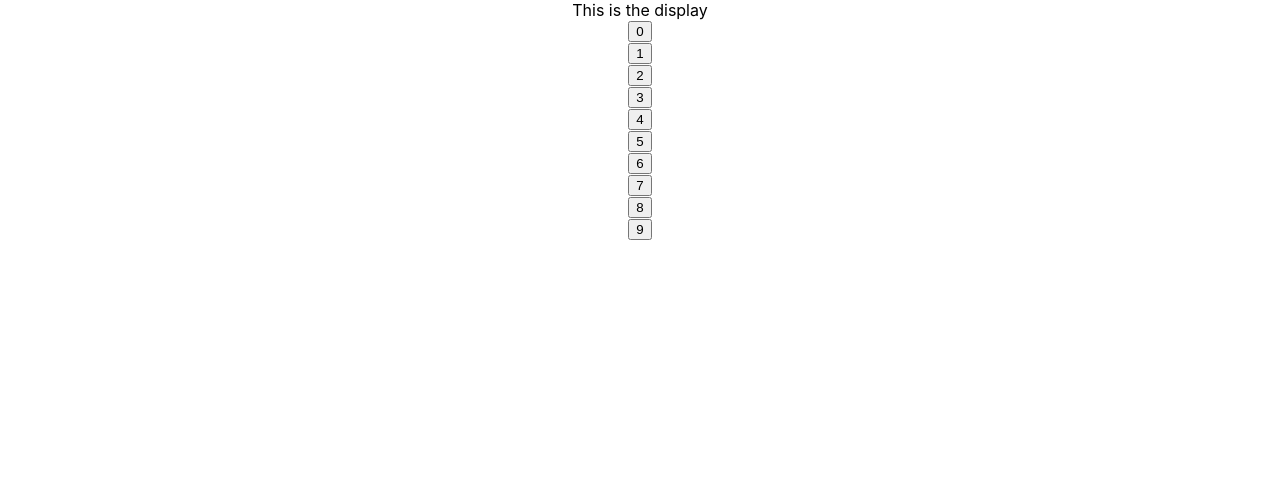
Repository: tenlekdan/react-calculator
Page: /
These files come from the project's save history. The page is drawn as it stood at one moment and after the next save; the edit follows.
The browser window is 1280 px wide. The pictures show the whole page.
The project was rebuilt for these pictures with package versions that can differ from the ones it lists, and the page was loaded fresh each time.

Above is the page before, as saved 2020-04-19 20:09:10.

After the next save:
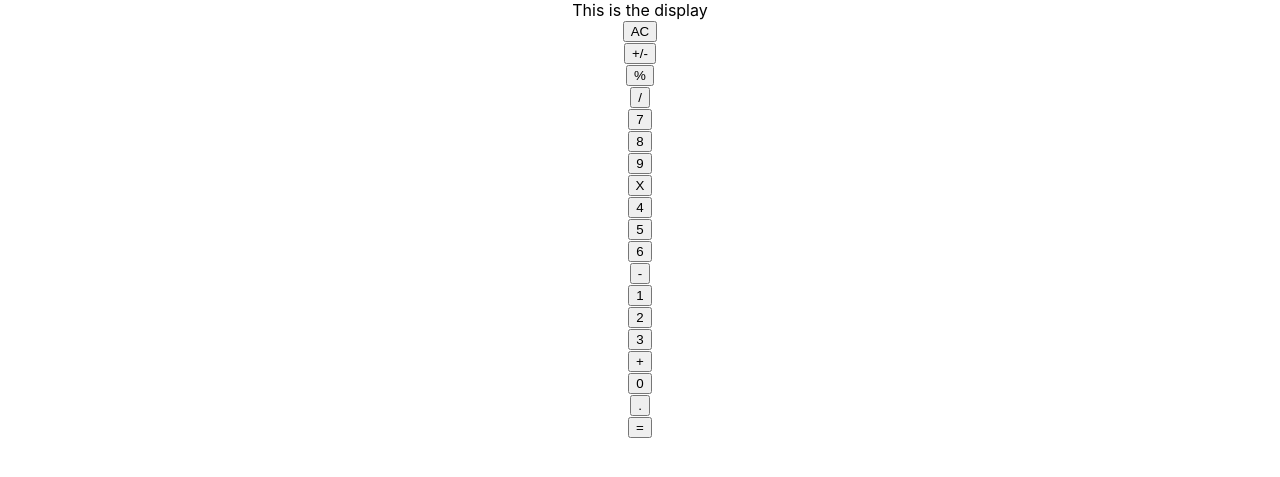
Saved 8 min 4 s later.
--- a/src/components/ButtonPanel.js
+++ b/src/components/ButtonPanel.js
@@ -5,16 +5,36 @@ class ButtonPanel extends Component {
     render() {
         return (
             <div>
-                <Buttons buttonName={"0"}/>
-                <Buttons buttonName={"1"}/>
-                <Buttons buttonName={"2"}/>
-                <Buttons buttonName={"3"}/>
-                <Buttons buttonName={"4"}/>
-                <Buttons buttonName={"5"}/>
-                <Buttons buttonName={"6"}/>
-                <Buttons buttonName={"7"}/>
-                <Buttons buttonName={"8"}/>
-                <Buttons buttonName={"9"}/>
+                <div className="row">
+                    <Buttons buttonName={"AC"} />
+                    <Buttons buttonName={"+/-"} />
+                    <Buttons buttonName={"%"} />
+                    <Buttons buttonName={"/"} />
+                </div>
+                <div className="row">
+                    <Buttons buttonName={"7"} />
+                    <Buttons buttonName={"8"} />
+                    <Buttons buttonName={"9"} />
+                    <Buttons buttonName={"X"} />
+                </div>
+                <div className="row">
+                    <Buttons buttonName={"4"} />
+                    <Buttons buttonName={"5"} />
+                    <Buttons buttonName={"6"} />
+                    <Buttons buttonName={"-"} />
+                </div>
+                <div className="row">
+                    <Buttons buttonName={"1"} />
+                    <Buttons buttonName={"2"} />
+                    <Buttons buttonName={"3"} />
+                    <Buttons buttonName={'+'} />
+                </div>
+                <div className="row">
+
+                    <Buttons buttonName={"0"} />
+                    <Buttons buttonName={"."} />
+                    <Buttons buttonName={"="} />
+                </div>
             </div>
         )
     }
